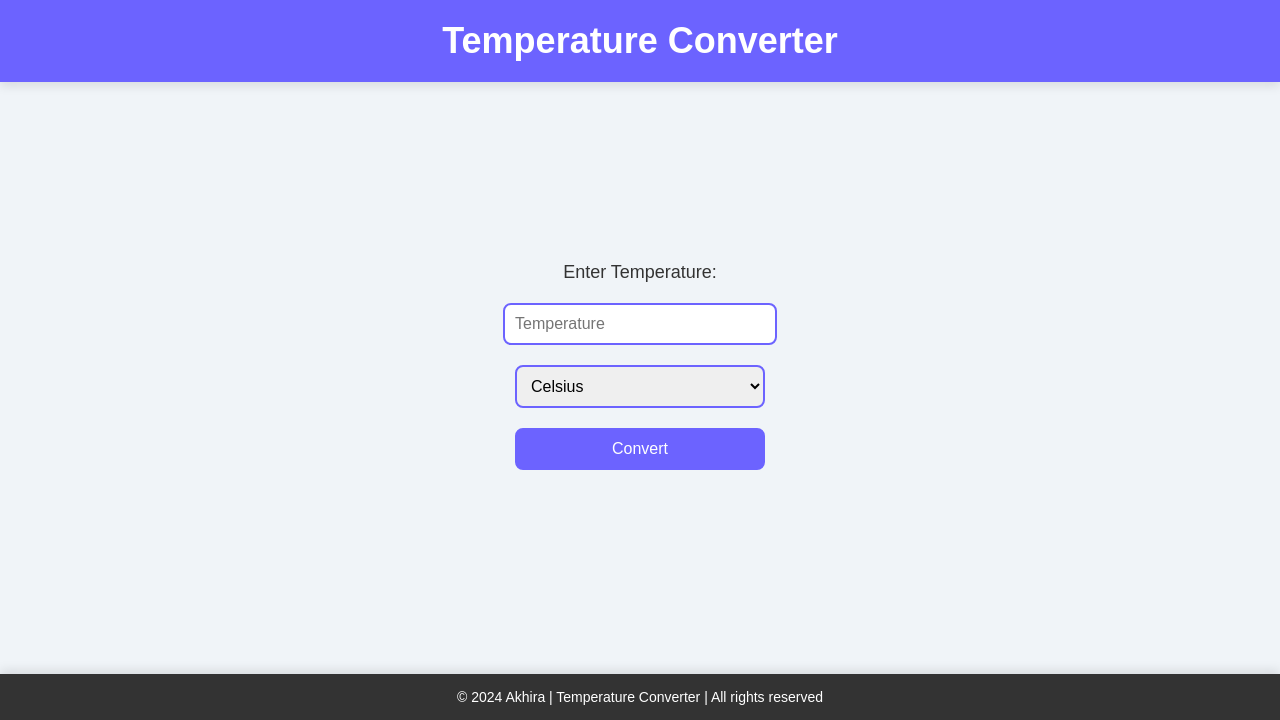
Repository: akhiranandan-04/Temperature-Converter
Page: index.html
These files come from the project's save history. The page is drawn as it stood at one moment and after the next save; the edit follows.
The browser window is 1280 px wide. The pictures show the whole page.

Above is the page before, as saved 2024-10-19 13:18:43.

After the next save:
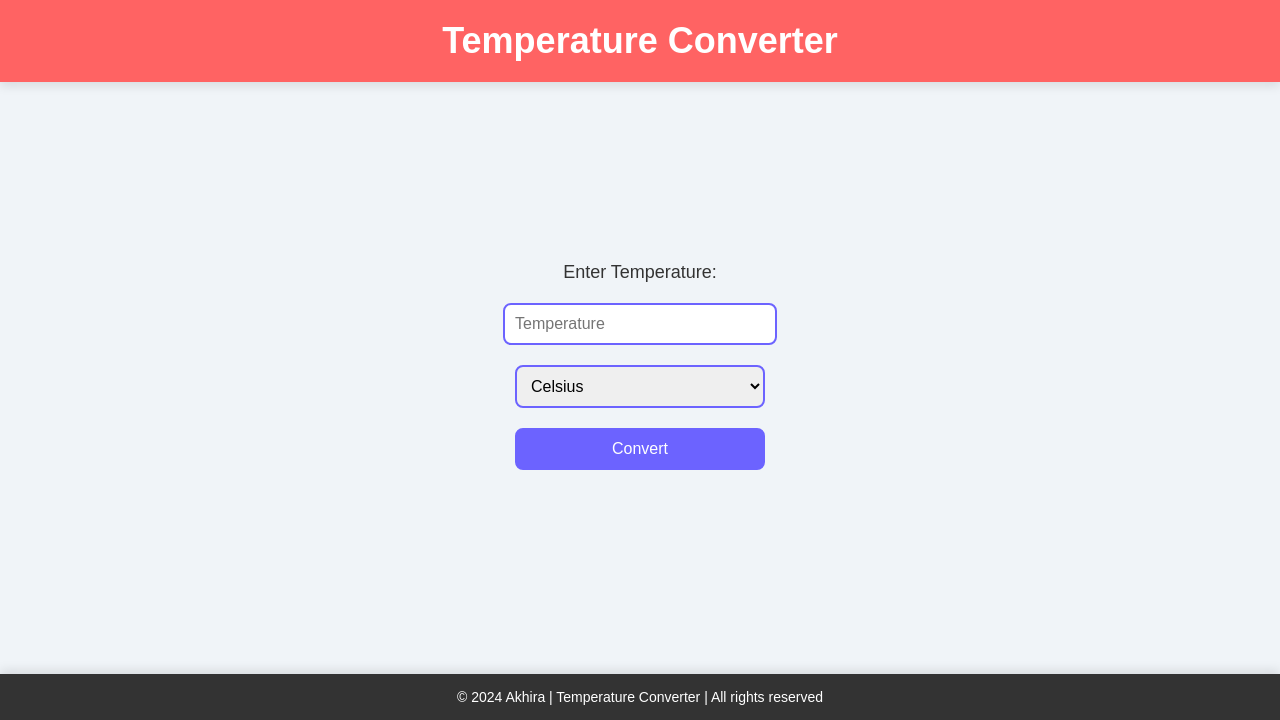
Saved 42 s later.
--- a/style.css
+++ b/style.css
@@ -10,9 +10,8 @@ body {
     min-height: 100vh;
 }
 
-/* Header Styles */
 header {
-    background-color: #6c63ff;
+    background-color: #ff6363;
     color: white;
     text-align: center;
     padding: 20px 0;
@@ -24,7 +23,7 @@ header h1 {
     margin: 0;
 }
 
-/* Converter Styles */
+
 .converter {
     display: flex;
     flex-direction: column;
@@ -73,7 +72,6 @@ header h1 {
     text-shadow: 1px 1px 2px rgba(0, 0, 0, 0.1);
 }
 
-/* Footer Styles */
 footer {
     text-align: center;
     background-color: #333;
